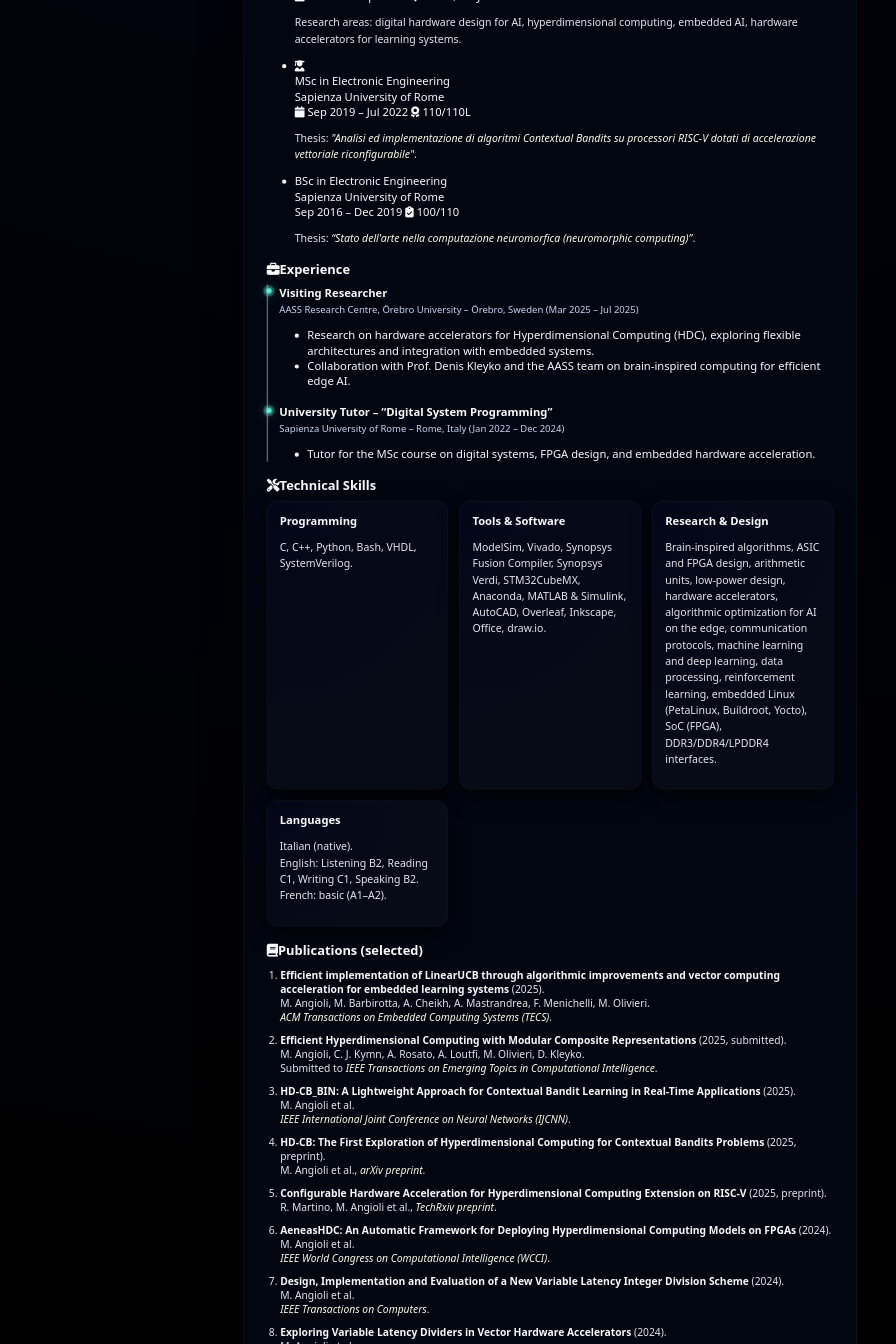
Repository: MarcoAngioli/Portfolio
Page: index.html
An editor plug-in stored every save of this project. The page is shown before and after the next save, followed by the edit.
The browser window is 1280 px wide. The pictures show the part of the page from y = 1552 to 3472 px (the page is 6167 px tall before and 6189 px after), at 70% of full size.

Above is the page before, as saved 2025-11-21 14:51:24.

After the next save:
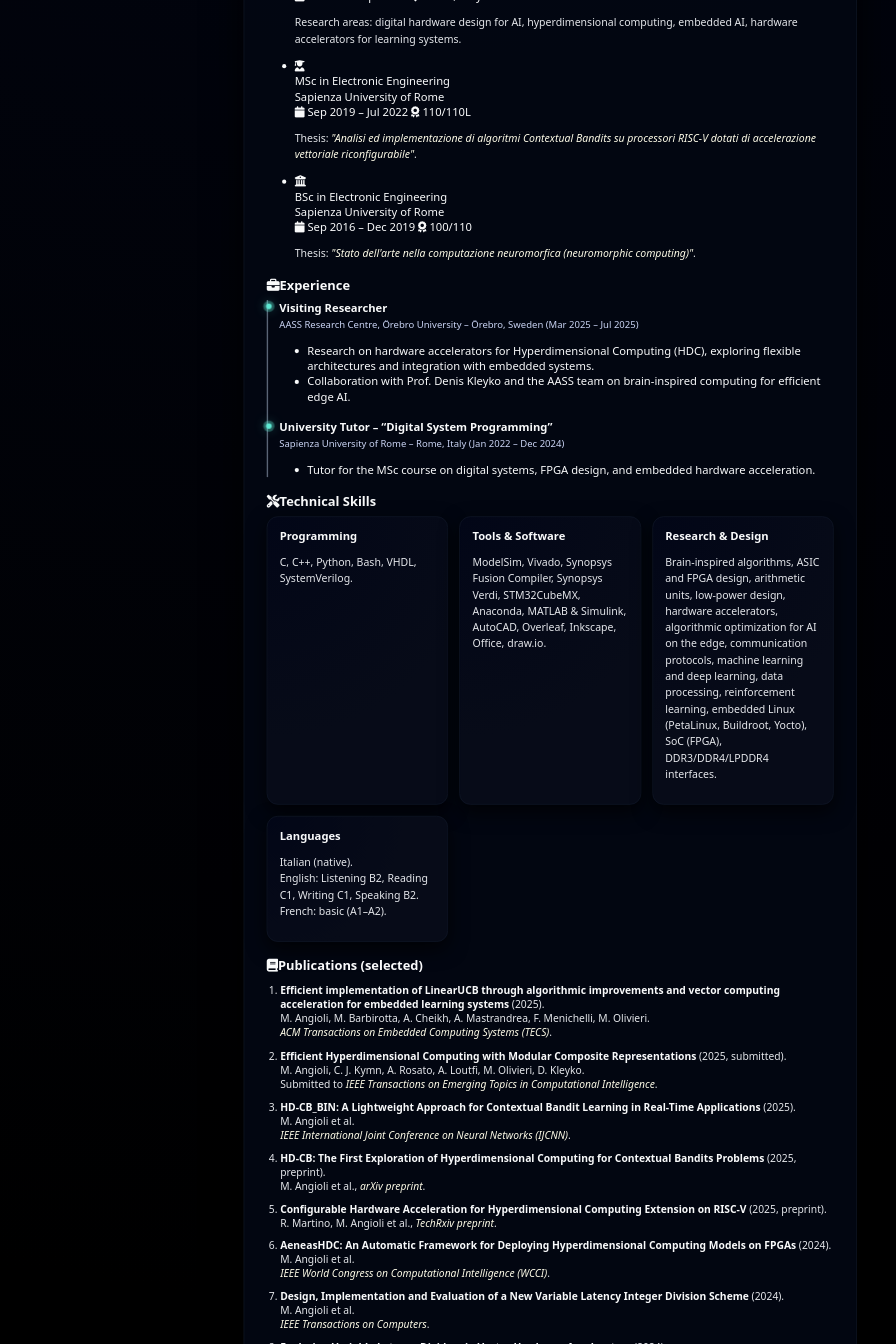
Saved 10 s later.
--- a/index.html
+++ b/index.html
@@ -212,20 +212,27 @@
   </li>
 
   <li class="edu-item">
-    <div class="edu-header">
-      <div>
-        <div class="edu-degree">BSc in Electronic Engineering</div>
-        <div class="edu-inst">Sapienza University of Rome</div>
+    <div class="edu-icon">
+      <i class="fa-solid fa-university"></i>
+    </div>
+    <div class="edu-content">
+      <div class="edu-header">
+        <div>
+          <div class="edu-degree">
+            <span class="degree-badge bachelor">BSc</span> in Electronic Engineering
+          </div>
+          <div class="edu-inst">Sapienza University of Rome</div>
+        </div>
+        <div class="edu-meta">
+          <span class="edu-date"><i class="fa-solid fa-calendar"></i> Sep 2016 – Dec 2019</span>
+          <span class="edu-location"><i class="fa-solid fa-award"></i> 100/110</span>
+        </div>
       </div>
-      <div class="edu-meta">
-        <span class="edu-date">Sep 2016 – Dec 2019</span>
-        <span class="edu-location"><i class="fa-solid fa-clipboard-check"></i> 100/110</span>
-      </div>
+      <p class="edu-note">
+        Thesis: <em>"Stato dell'arte nella computazione neuromorfica
+        (neuromorphic computing)"</em>.
+      </p>
     </div>
-    <p class="edu-note">
-      Thesis: <em>“Stato dell'arte nella computazione neuromorfica
-      (neuromorphic computing)”</em>.
-    </p>
   </li>
 </ul>
 
